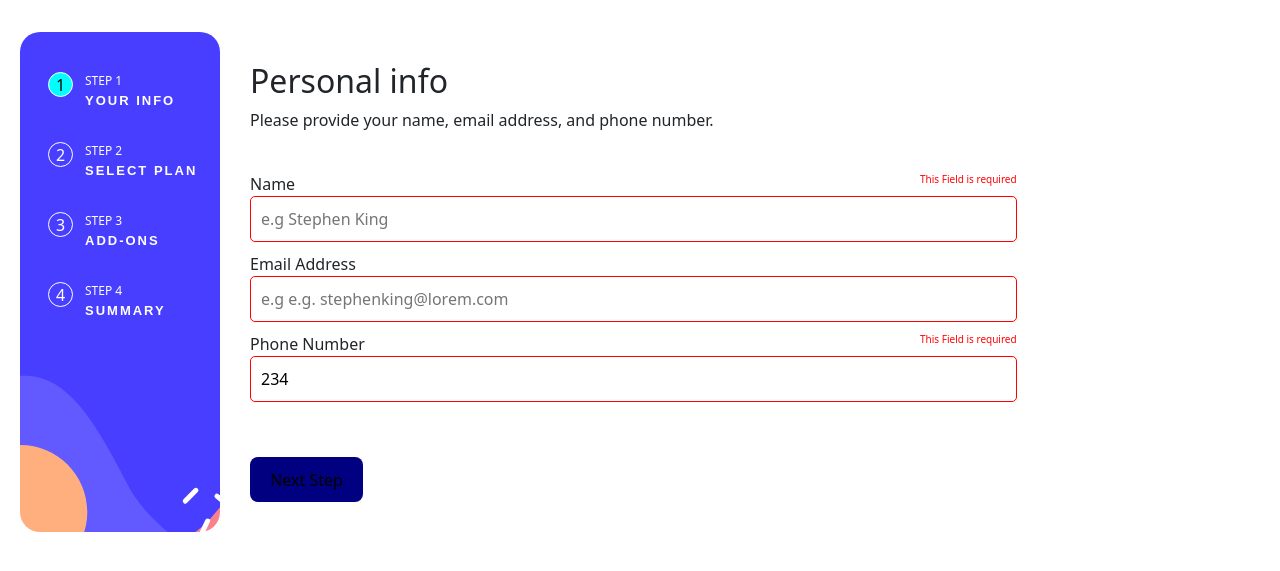
Repository: Celebration-cloud/Multi-Step-Form
Page: /
An editor plug-in stored every save of this project. The page is shown before and after the next save, followed by the edit.
The browser window is 1280 px wide. The pictures show the whole page.
The project was rebuilt for these pictures with package versions that can differ from the ones it lists, and the page was loaded fresh each time. Also part of the build but not shown: vite.config.js, src/GoBack.jsx.

Above is the page before, as saved 2023-11-01 14:29:23.

After the next save:
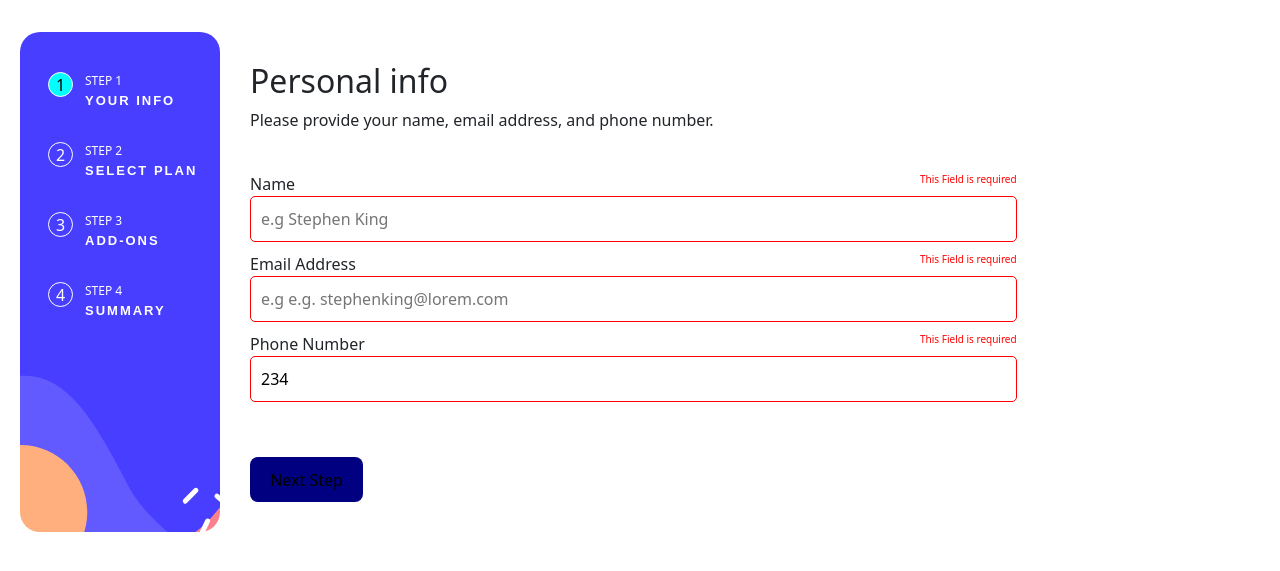
Saved 23 s later.
--- a/src/Procedures/ProceduresList.jsx
+++ b/src/Procedures/ProceduresList.jsx
@@ -65,7 +65,7 @@ function PersonalInfo({store}) {
         <label className="inputs" htmlFor="email">
           Email Address
         </label>
-        {personalData.email.includes("@gmail.com") && (
+        {!personalData.email.includes("@gmail.com") && (
           <span style={{ color: "red", fontSize: 10 }}>
             This Field is required
           </span>
